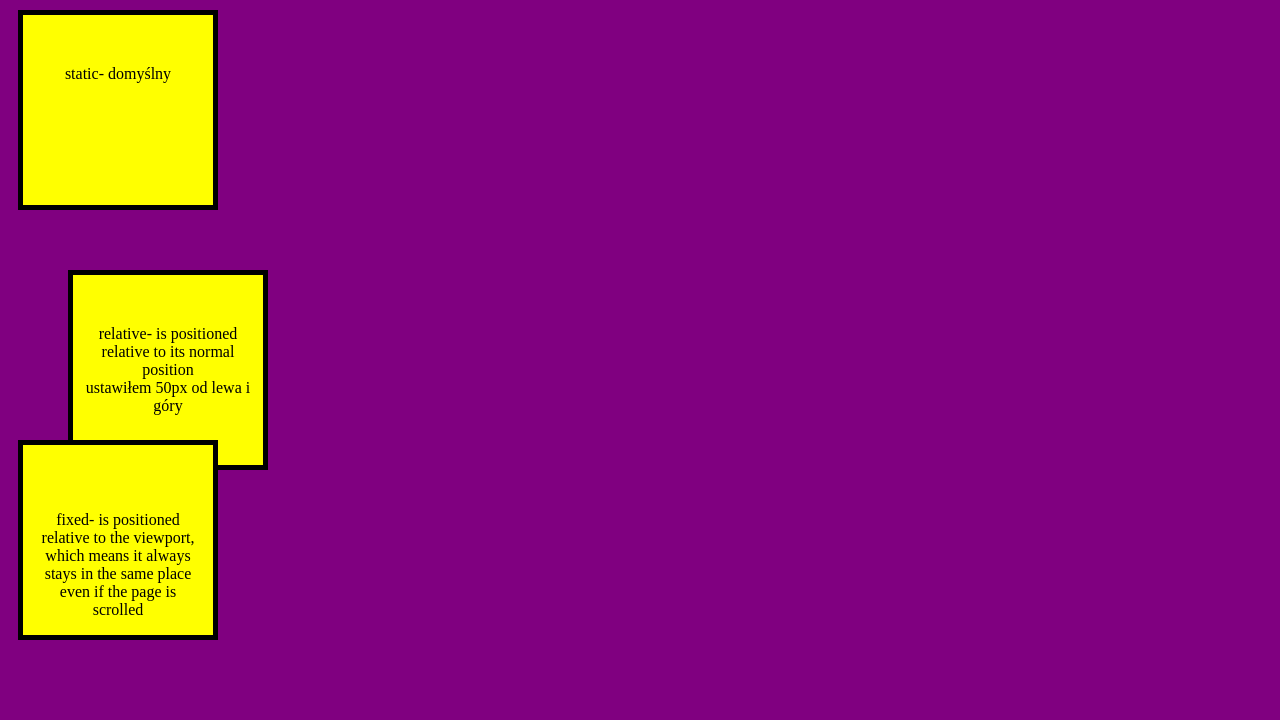
Repository: quenrythane/homepage
Page: CSS positions/CSS-positions.html
An editor plug-in stored every save of this project. The page is shown before and after the next save, followed by the edit.
The browser window is 1280 px wide. The pictures show the whole page.

Above is the page before, as saved 2020-10-11 03:50:42.

### CSS positions/CSS-positions.html
<!DOCTYPE html>
<html lang="en">
<head>
    <meta charset="UTF-8">
    <meta name="viewport" content="width=device-width, initial-scale=1.0">
    <title>CSS-positions</title>
    <link href="CSS-positions.css " rel="stylesheet" type="text/css">
</head>
<body >
    <div class="box static">static- domyślny</div>
    <div class="box relative">relative- is positioned relative to its normal position<br>
    ustawiłem 50px od lewa i góry</div>
    <div class="box fixed"><p>fixed- is positioned relative to the viewport, which means it always stays in the same place even if the page is scrolled</p><br> <p>A fixed element does not leave a gap in the page where it would normally have been located</p> <br><p> Czyli ogólnie strona załaduje go w to miejsce jakby strona normalnie się ładowała i na koniec tak jakby przy klei go w to miejsce na ekranie, przez co nawet jak będziemy przewijać stronę to zostanie w tym samym miejscu ekranu (nie zmieni miejsca ani w wysokości ani w szerokośći)</p>
    <div>
    <div class="box absolute">absolute</div>
    <div class="box sticky">sticky</div>
</body>
</html>

### CSS positions/CSS-positions.css
body {
    background: purple;
}

.box{
    box-sizing: border-box;
    background: yellow;
    width: 200px;
    height: 200px ;
    margin: 10px;
    text-align: center;
    padding: 10px ;
    padding-top: 50px;
    border: solid black 5px;
}

.static{
    position: static;
}

.relative{
    position: relative;
    left: 50px;
    top: 50px;
}

.fixed{
    position: fixed;
    overflow: scroll;
}

.absolute{

}

.sticky{

}

After the next save:
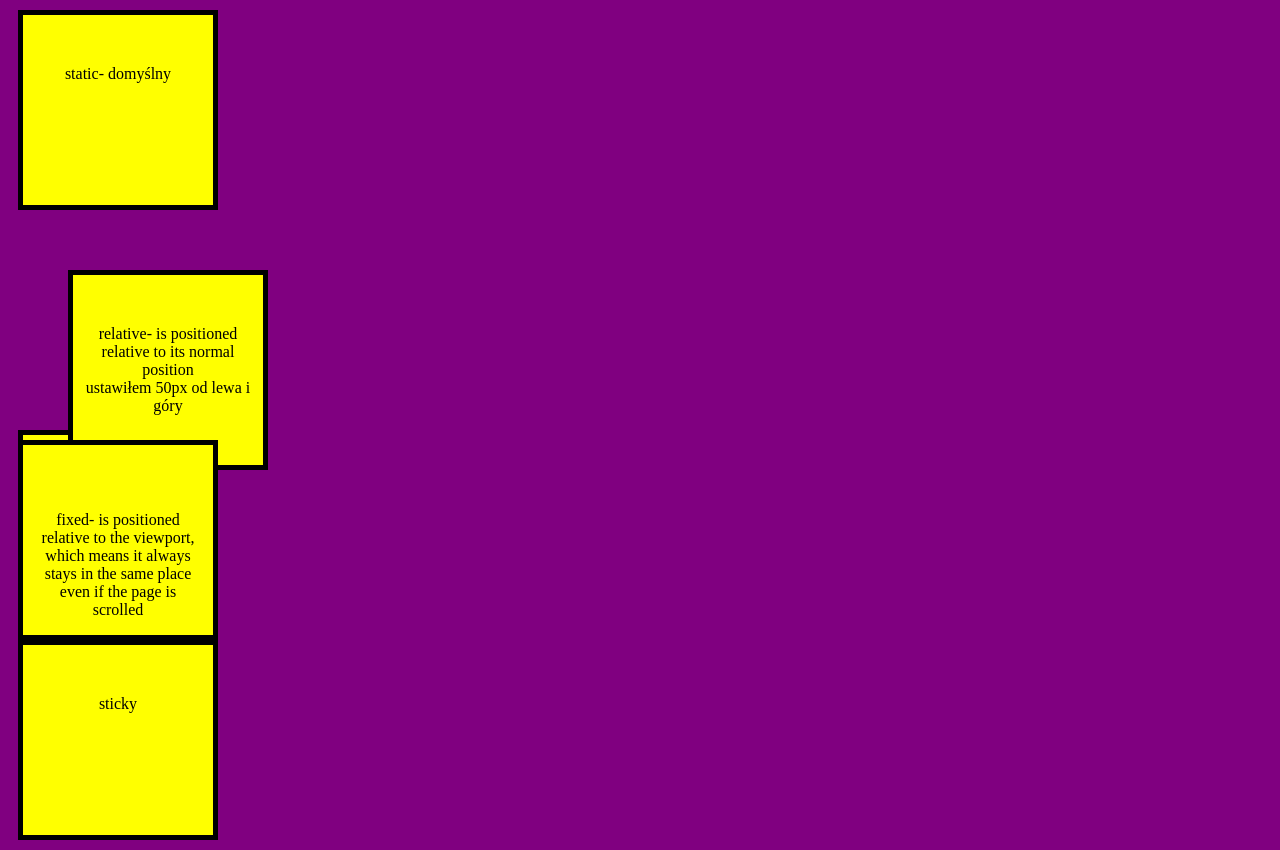
Saved 15 s later.
--- a/CSS positions/CSS-positions.html
+++ b/CSS positions/CSS-positions.html
@@ -11,7 +11,7 @@
     <div class="box relative">relative- is positioned relative to its normal position<br>
     ustawiłem 50px od lewa i góry</div>
     <div class="box fixed"><p>fixed- is positioned relative to the viewport, which means it always stays in the same place even if the page is scrolled</p><br> <p>A fixed element does not leave a gap in the page where it would normally have been located</p> <br><p> Czyli ogólnie strona załaduje go w to miejsce jakby strona normalnie się ładowała i na koniec tak jakby przy klei go w to miejsce na ekranie, przez co nawet jak będziemy przewijać stronę to zostanie w tym samym miejscu ekranu (nie zmieni miejsca ani w wysokości ani w szerokośći)</p>
-    <div>
+    </div>
     <div class="box absolute">absolute</div>
     <div class="box sticky">sticky</div>
 </body>
